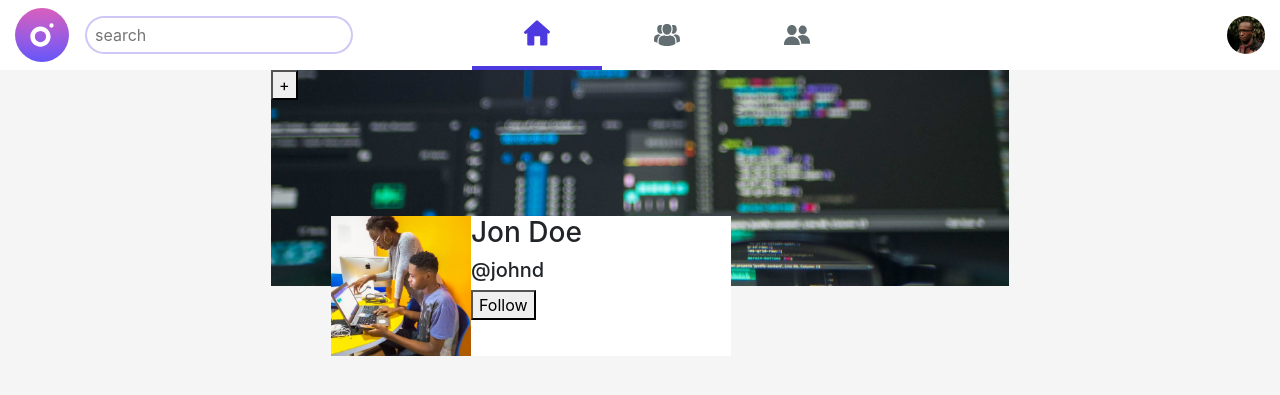
Repository: Flovet-stack/memic
Page: admin-profile.html
The author's editor kept a copy of each file at every save. The page is drawn from the files as they stood at one save, then again after a run of saves.
The browser window is 1280 px wide. The pictures show the whole page.
Some web fonts or font styles are not loaded; a fallback is used.

Above is the page before, as saved 2020-10-27 23:09:54.
Console error: TypeError: Cannot read properties of undefined (reading 'fn')

After the next 4 saves:
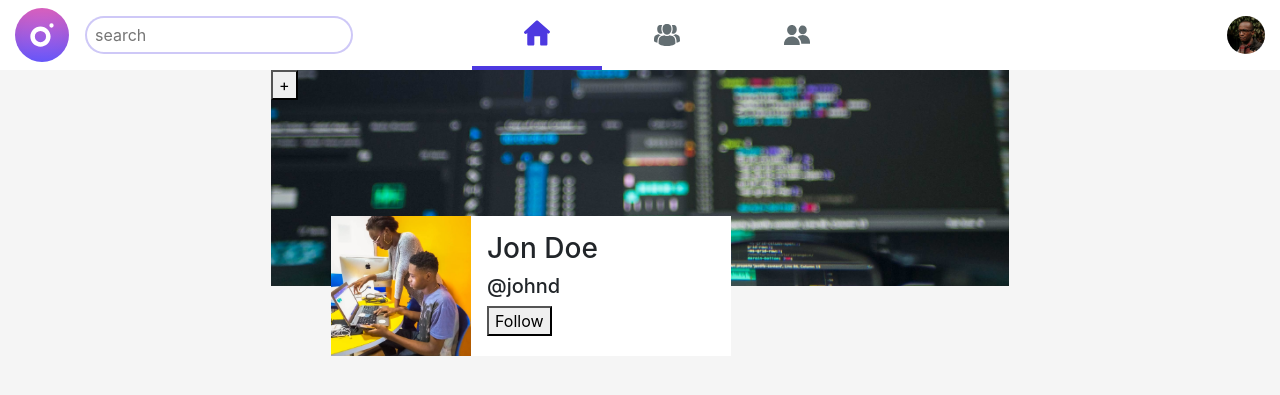
The 4 saves are shown as one change because they came seconds apart.
The last was saved 30 s later.
--- a/css/admin-profile.css
+++ b/css/admin-profile.css
@@ -29,3 +29,6 @@
     width: 100%;
     height: 100%;
 }
+.profile-info-details {
+    padding: var(--padding-2);
+}
